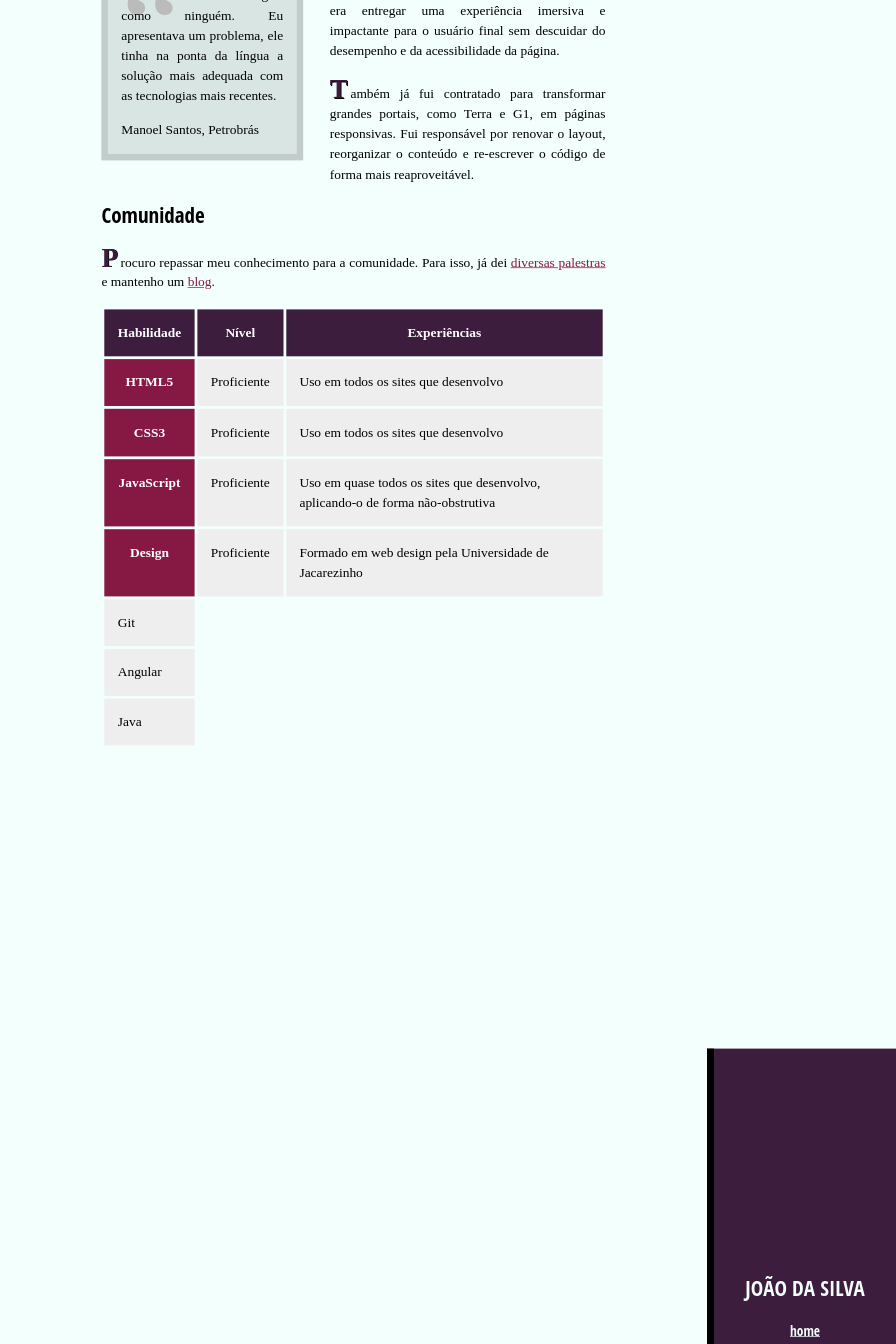
Repository: MichelMiola/html5Css3Avancado
Page: projeto/bio.html
These files come from the project's save history. The page is drawn as it stood at one moment and after the next save; the edit follows.
The browser window is 1280 px wide. The pictures show the part of the page from y = 940 to 2860 px (the page is 3046 px tall), at 70% of full size.
Some web fonts or font styles are not loaded; a fallback is used.

Above is the page before, as saved 2015-03-25 15:46:17.

### projeto/bio.html
<!DOCTYPE html>
<html>
<head>
    <meta charset="utf-8">
    <title>João da Silva - Biografia</title>
    <link rel="icon" href="imagens/favicon.png">
    <link rel="stylesheet" href="css/reset.css">
    <link rel="stylesheet" href="css/site.css">
    <link rel="stylesheet" href="css/bio.css">
    <link rel="stylesheet" href="http://fonts.googleapis.com/css?family=Crimson+Text:400,400italic,600">
    <link rel="stylesheet" href="http://fonts.googleapis.com/css?family=Open+Sans+Condensed:700">
</head>
<body>
    <main>
        <h1 class="titulo-principal">Sobre mim</h1>
        <div class="container">
            <p>Moro em São Paulo mas atendo clientes do mundo todo. Sou conhecido por fazer produtos de <em>qualidade</em>, <em>durabilidade</em> e que <em>agregam valor</em> para meus clientes.</p>
            <p>Trabalho usando a web como plataforma, ou seja, respiro HTML5, CSS3 e JavaScript (ou melhor: ECMASCript). Crio sites para todos, seguindo as principais diretivas de <strong>acessibilidade, responsividade e web semântica</strong>, sem descuidar da qualidade de código.</p>
            <h2 class="subtitulo-texto">Como trabalho</h2>
            <blockquote tabindex="1" class="citacao-bio fiat">
                <p>João é o melhor desenvolvedor front-end com quem já trabalhei. Muito eficiente e muito capaz. Recomendo sem dúvidas!</p>
                <cite>José Souza, Fiat</cite>
            </blockquote>
            <p>Satisfazer meus clientes é prioridade. Para isso, garanto um processo de desenvolvimento altamente interativo, baseado em feedback contínuo. <strong>Não trabalho com escopo fechado</strong>: o cliente é que decide quando o produto está pronto.</p>
            <p>Também não trabalho com prazos fechados: <strong>qualidade é importante demais para ser sacrificada</strong>.</p>
            <h2 class="subtitulo-texto">Experiência</h2>
            <blockquote tabindex="1" class="citacao-bio petrobras">
                <p>João domina as tecnologias como ninguém. Eu apresentava um problema, ele tinha na ponta da língua a solução mais adequada com as tecnologias mais recentes.</p>
                <cite>Manoel Santos, Petrobrás</cite>
            </blockquote>
            <p>Já desenvolvi projetos para grandes empresas como <a href="http://bmw.com">BMW</a>, <a href="http://www.uol.com.br">UOL</a> e <a href="http://www.ibm.com.br">IBM</a>. Neles, o foco principal era entregar uma experiência imersiva e impactante para o usuário final sem descuidar do desempenho e da acessibilidade da página.</p>
            <p>Também já fui contratado para transformar grandes portais, como Terra e G1, em páginas responsivas. Fui responsável por renovar o layout, reorganizar o conteúdo e re-escrever o código de forma mais reaproveitável.</p>
            <h2 class="subtitulo-texto">Comunidade</h2>
            <p>Procuro repassar meu conhecimento para a comunidade. Para isso, já dei <a href="portfolio.html">diversas palestras</a> e mantenho um <a href="blog.html">blog</a>.</p>

	        <table class="habilidades">
			  <thead>
			    <tr>
			      <th>Habilidade</th>
			      <th>Nível</th>
			      <th>Experiências</th>
			    </tr>
			  </thead>
			  <tbody>
			    <tr>
			      <th>HTML5</th>
			      <td>Proficiente</td>
			      <td>Uso em todos os sites que desenvolvo</td>
			    </tr>
			    <tr>
			      <th>CSS3</th>
			      <td>Proficiente</td>
			      <td>Uso em todos os sites que desenvolvo</td>
			    </tr>
			    <tr>
			      <th>JavaScript</th>
			      <td>Proficiente</td>
			      <td>Uso em quase todos os sites que desenvolvo, aplicando-o de forma não-obstrutiva</td>
			    </tr>
			    <tr>
			      <th>Design</th>
			      <td>Proficiente</td>
			      <td>Formado em web design pela Universidade de Jacarezinho</td>
			    </tr>
			    <tr>
			    	<td>Git</td>
			    </tr>
			    <tr>
			    	<td>Angular</td>
			    </tr>
			    <tr>
			    	<td>Java</td>
			    </tr>
			  </tbody>
			</table>

        </div>


    </main>
    <img src="imagens/eu.jpg" alt="Minha foto" class="minha-foto">
    <aside class="navegacao-site">
        <h1>João da Silva</h1>
        <nav>
            <ul>
                <li><a href="index.html">Home</a></li>
                <li><a href="portfolio.html">Portfolio</a></li>
                <li><a href="bio.html">Sobre mim</a></li>
                <li><a href="blog.html">Blog</a></li>
                <li><a href="contato.html">Contato</a></li>
            </ul>
        </nav>
        <ul class="icones-redes-sociais">
		  <li>
		    <a href="https://github.com/joaodasilva" class="github" data-tooltip="Veja meus projetos opensource">
		      Github
		    </a>
		  </li>
		  <li>
		    <a href="https://twitter.com/joaodasilva" class="twitter" data-tooltip="Siga-me no Twitter">
		      Twitter
		    </a>
		  </li>
		  <li>
		    <a href="https://br.linkedin.com/pub/joão-da-silva/32/4/508" class="linkedin" data-tooltip="Veja meu currículo">
		      LinkedIn
		    </a>
		  </li>
		</ul>
    </aside>
    <footer class="rodape-pagina">
        &copy; João da Silva 2014
    </footer>
</body>
</html>

### projeto/css/site.css
body {
	font-family: "Crimson Text", "Times New Roman", serif;
	background-color: #F2FFFC;
	font-size: 120%;
	line-height: 1.5;
	display: flex;
  	flex-wrap: wrap;
  	display: block;
}

h1, h2, .subtitulo-principal {
	font-family: "Open Sans Condensed", "Arial", sans-serif;
}

h1 {
	text-transform: uppercase;
	font-size: 60px;
}

.titulo-principal {
	text-align: center;
	background-color: #851944;
	color: #FFF;
	padding: 2rem;
	border-bottom: .5rem solid #000;
}

.subtitulo-texto {
	font-size: 30px;
	clear: both;
}

main a {
	color: #851944;
}

main p {
	text-align: justify;
	margin: 20px 0;
}

.navegacao-site {
	text-align: center;
	background-color: #3C1D3D;
	color: #F2FFFC;
	padding: 20px;
	padding-top: calc(300px + 1em);
}

.navegacao-site a {
	color: inherit;
	font-family: "Open Sans Condensed", "Arial", sans-serif;
	text-transform: lowercase;
}

.navegacao-site h1 {
	font-size: 30px;
	margin-bottom: 25px;
}

.rodape-pagina {
	/* background-color: #000; */
	color: #F2FFFC;
	padding: 20px;
	clear: both;
	position: fixed;
	bottom: 0;
	left: 0;
	width: 100%;
	box-sizing: border-box;
	/* background-color: rgba(0, 0, 0, 0.3); */
	background-image: radial-gradient(ellipse at left bottom, rgba(60, 29, 61, 0.8),
		rgba(60, 29, 61, 0.8) 65%, black 65%, black 70%, transparent 70%,
		transparent);
	background-size: 25% 100%;
	background-repeat: no-repeat;
}

.container {
	width: 720px;
	margin-left: auto;
	margin-right: auto;
	padding: 30px 0;
}

strong {
	font-weight: bold;
}

em {
	font-style: italic;
}

.icones-redes-sociais li {
	display: inline-block;
}

.icones-redes-sociais a {
	width: 40px;
	height: 40px;
	display: block;
	text-indent: -99999px;
}

.github {
	background-image: url(../imagens/github.png);
}

.twitter {
	background-image: url(../imagens/twitter.png);
}

.linkedin {
	background-image: url(../imagens/linkedin.png);
}

main {
	/* width: 80%; */
	/* float: left; */
	padding-bottom: 80px;
	width: calc(100% - 0.9 * 300px);
	flex-grow: 1;
}

.minha-foto, .navegacao-site {
	border-left: 10px solid black;
	border-bottom: 10px solid black;
	box-sizing: border-box;
}

.navegacao-site {
	width: 20%;
	float: right;
	position: relative;
	top: 300px;
	width: calc(0.9 * 300px);
}

.minha-foto {
	position: absolute;
	top: 0;
	right: 0;
	height: 300px;
}

.leia-mais {
	padding: .5em;
	margin: 1em;
	display: block;
	font-size: 1.25em;
	text-align: center;
	background-color: #E6E7E8;
}

.citacao-bio {
	background-color: #D9E5E3;
	border: .5em solid #C2CCCA;
	padding: 1em;
	margin: 1em 2em;
	width: 30ch;
	box-sizing: border-box;
}

main a:hover,
main a:focus,
footer a:hover,
footer a:focus {
  color: red;
}

.navegacao-site a:hover,
.navegacao-site a:focus {
  text-shadow: 0 0 2px pink;
}

.icones-redes-sociais a:hover::after,
.icones-redes-sociais a:focus::after {
  content: attr(data-tooltip);
}

.icones-redes-sociais a {
  position: relative;
}
.icones-redes-sociais a:hover::after,
.icones-redes-sociais a:focus::after {
  content: attr(data-tooltip);
  position: absolute;
  top: 100%;
  right: 0;
  text-indent: 0;
}

.icones-redes-sociais a {
  position: relative;
}
.icones-redes-sociais a:hover::after,
.icones-redes-sociais a:focus::after {
  content: attr(data-tooltip);
  position: absolute;
  top: 100%;
  right: 0;
  text-indent: 0;
  width: 300%;
}

.icones-redes-sociais a {
  position: relative;
}

.icones-redes-sociais a:hover::before,
.icones-redes-sociais a:focus::before {
  content: '';
}

.icones-redes-sociais a:hover::before,
.icones-redes-sociais a:focus::before {
  content: '';
  width: 1em;
  height: 1em;
  background-color: black;
}

.icones-redes-sociais a:hover::before,
.icones-redes-sociais a:focus::before {
  content: '';
  width: 1em;
  height: 1em;
  background-color: black;
  position: absolute;
  bottom: 0;
  left: 0;
}

.icones-redes-sociais a:hover::before,
.icones-redes-sociais a:focus::before {
    content: '';
    width: 1em;
    height: 1em;
    background-color: black;
    position: absolute;
    bottom: 0;
    left: 0;
    transform: translateY(.5em) rotate(45deg);
}

.icones-redes-sociais a:hover::after,
.icones-redes-sociais a:focus::after {
  content: attr(data-tooltip);
  position: absolute;
  top: 100%;
  right: 0;
  text-indent: 0;
  width: 300%;
  background: black;
  font-size: .75em;
}

### projeto/css/bio.css
.citacao-bio:nth-of-type(odd) {
    background-color: #D9E5E3;
    border: 10px solid #C2CCCA;
    padding: 20px;
    margin: 20px 40px;
    width: 250px;
    box-sizing: border-box;
}

.citacao-bio:nth-of-type(even){
    float: left;
    margin-left: 0;
}

blockquote:nth-of-type(odd) {
    float: right;
    margin-right: 0;
}

.citacao-bio:hover,
.citacao-bio:focus {
    box-shadow: 0 0 0 99999px rgba(0,0,0,.8);
}
.citacao-bio:nth-of-type(odd):hover,
.citacao-bio:nth-of-type(odd):focus {
    transform: scale(1.2) rotate(5deg);
}
.citacao-bio:nth-of-type(even):hover,
.citacao-bio:nth-of-type(even):focus {
    transform: scale(1.2) rotate(-5deg);
}

.container > p::first-letter {
  font-size: 200%;
  font-weight: bold;
  color: #3C1D3D;
  text-shadow: 1px 1px #000;
}

.container > p::first-letter {
  font-size: 200%;
  font-weight: bold;
  color: #3C1D3D;
  text-shadow: 1px 1px #000;
  margin-right: .2ch;
  line-height: 1;
}

.citacao-bio::before {
    content: '“';
    position: absolute;
    font-size: 10em;
    color: #bbb;
    line-height: .8
}
.citacao-bio > p {
    position: relative;
}

.habilidades th {
  font-weight: bold;
  background-color: #851944;
  color: white;
}

.habilidades thead th {
  /* não precisamos colocar font-weight e color
     pois já fizemos isso para todos os th */
  background-color: #3C1D3D;
}

.habilidades td {
  background-color: #eee;
}

.habilidades th,
.habilidades td {
  padding: 1em;
}
.habilidades {
  border-collapse: separate;
  border-spacing: .25em;
}

.habilidades {
  margin: 1em 0;
}

Loaded but not shown: projeto/css/reset.css (common file)

After the next save:
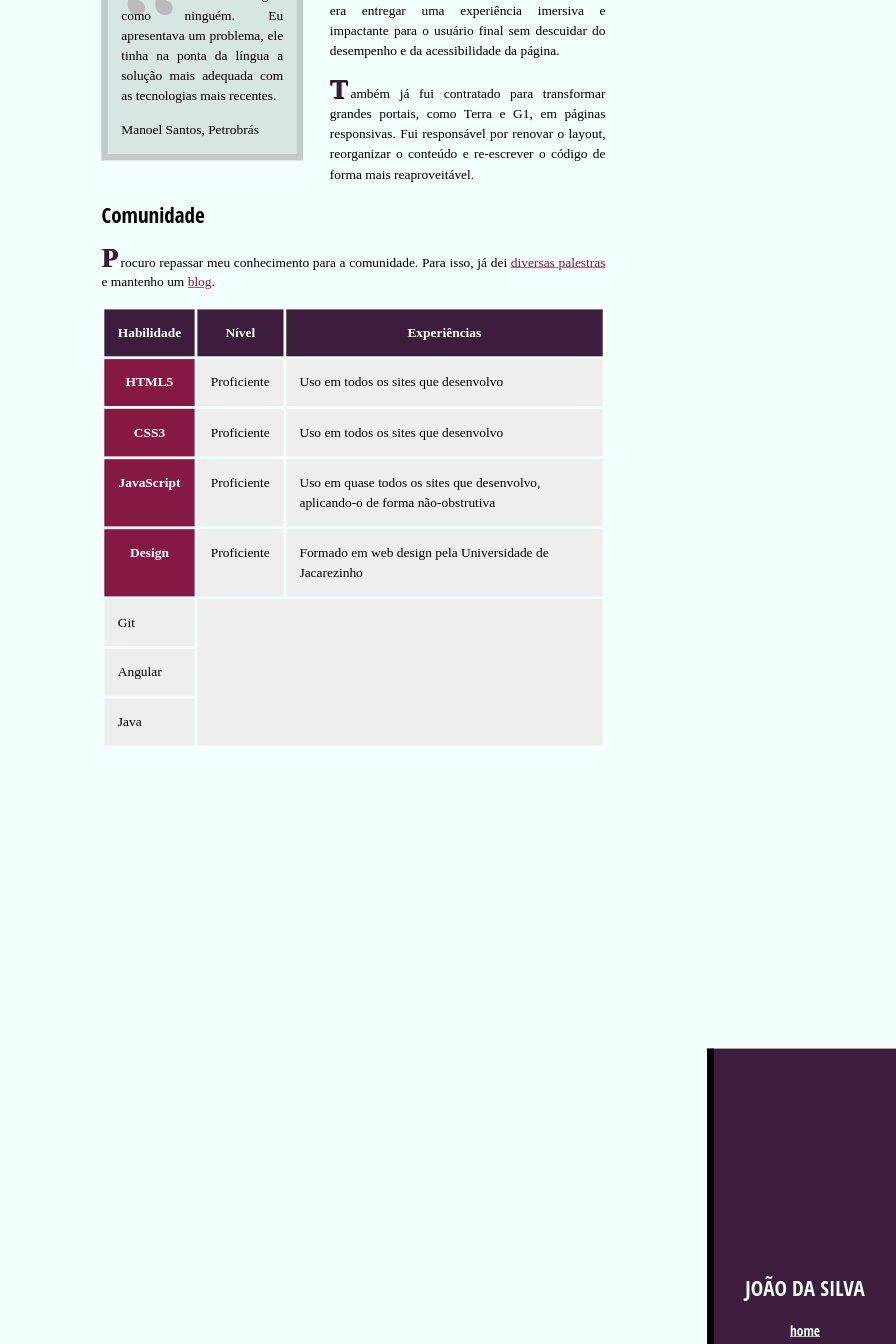
Saved 77 s later.
--- a/projeto/bio.html
+++ b/projeto/bio.html
@@ -64,6 +64,7 @@
 			    </tr>
 			    <tr>
 			    	<td>Git</td>
+			    	<td colspan="2" rowspan="3"></td>
 			    </tr>
 			    <tr>
 			    	<td>Angular</td>
